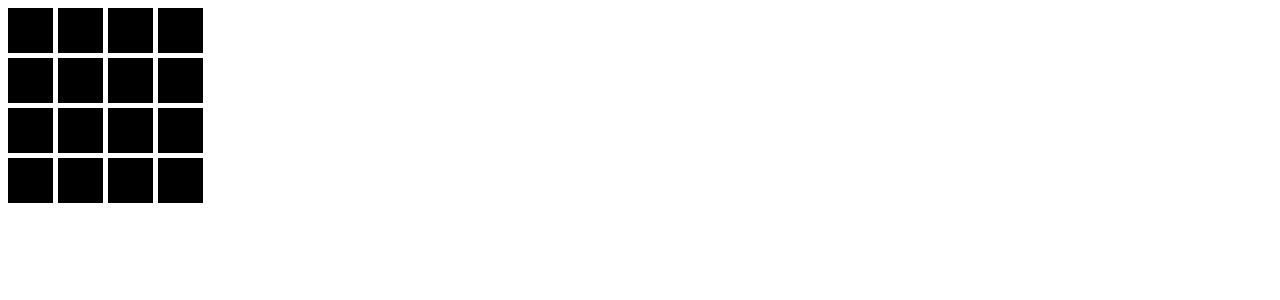
Repository: JAEGyEOng69/Python
Page: workspace_python/FAST_SOCKET/static/canvas4.html
The author's editor kept a copy of each file at every save. The page is drawn from the files as they stood at one save, then again after a run of saves.
The browser window is 1280 px wide. The pictures show the whole page.

Above is the page before, as saved 2022-10-18 01:45:07.

After the next 2 saves:
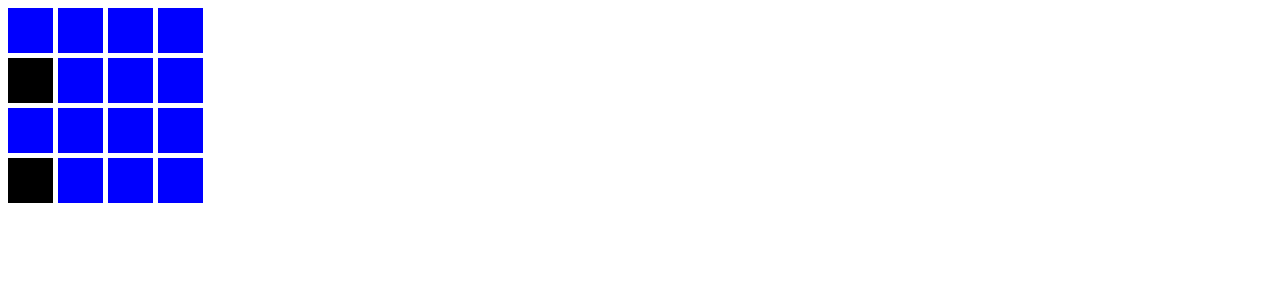
The 2 saves are shown as one change because they came seconds apart.
The last was saved 8 s later.
--- a/workspace_python/FAST_SOCKET/static/canvas4.html
+++ b/workspace_python/FAST_SOCKET/static/canvas4.html
@@ -12,13 +12,13 @@
 		var ctx = canvas.getContext('2d');
 		for(var i=0; i<4; i++){
 			for(var j=0; j<4; j++){
-// 				if(cvr2D[i][j]==0){
+				if(arr[i][j]==0){
 					ctx.fillStyle = 'black';
 					ctx.fillRect(j*50, i*50, 45, 45);
-// 				}else{
-// 					ctx.fillStyle = 'blue';
-// 					ctx.fillRect(j*50, i*50, 45, 45);
-// 				}
+				}else{
+					ctx.fillStyle = 'blue';
+					ctx.fillRect(j*50, i*50, 45, 45);
+				}
 
 			}
 		}
